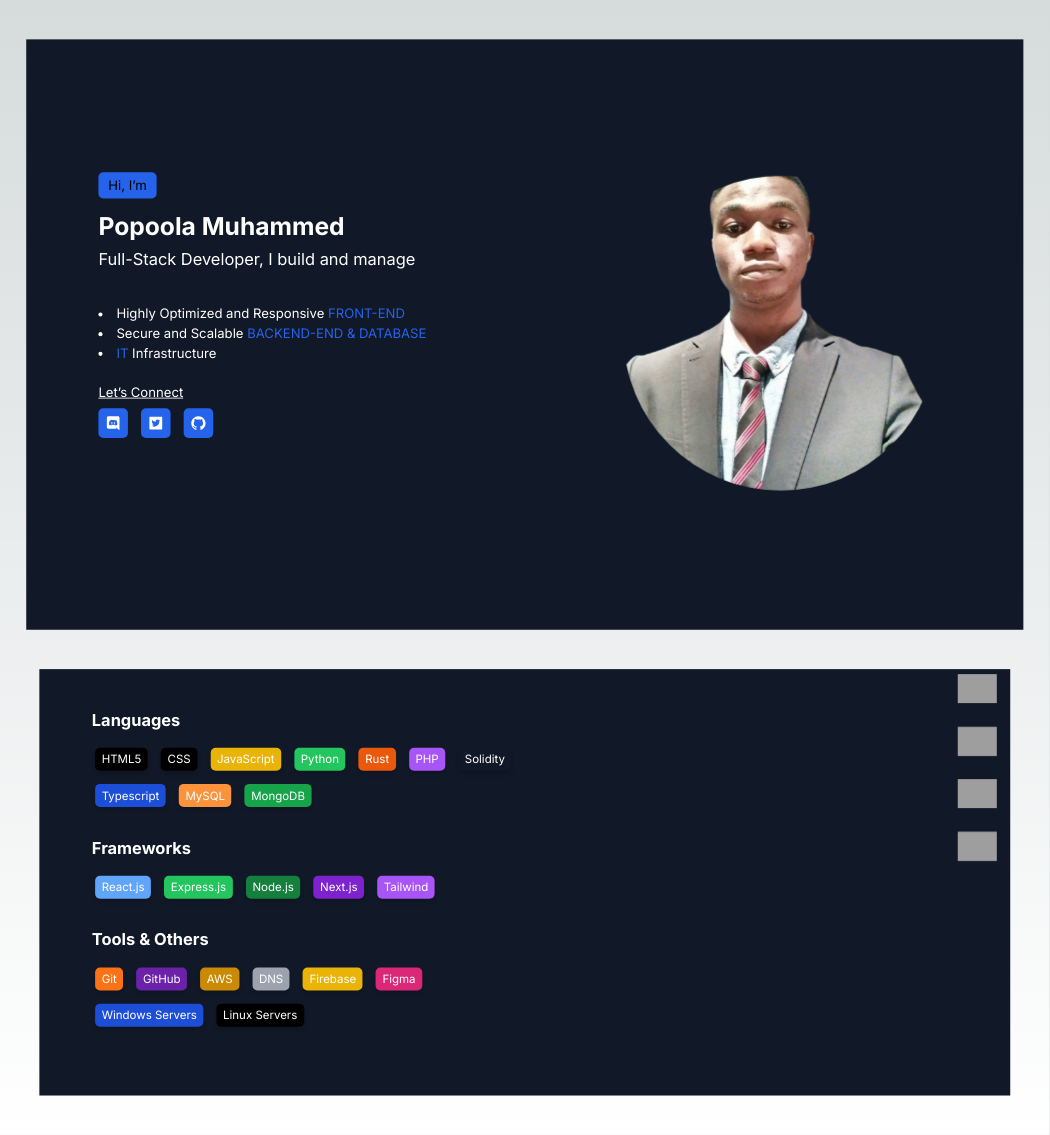
Repository: muhammedctgr/hammedctgr
Page: /
The author's editor kept a copy of each file at every save. The page is drawn from the files as they stood at one save, then again after the next save.
The browser window is 1280 px wide. The pictures show the whole page, at 82% of full size.
Pictures or frames that could not be fetched are drawn as grey boxes. The project was rebuilt for these pictures with package versions that can differ from the ones it lists, and the page was loaded fresh each time. The framework's server and built-in components were replaced by stand-ins that run in the browser. Also part of the build but not shown: next.config.mjs.

Above is the page before, as saved 2024-08-01 15:24:14.

After the next save:
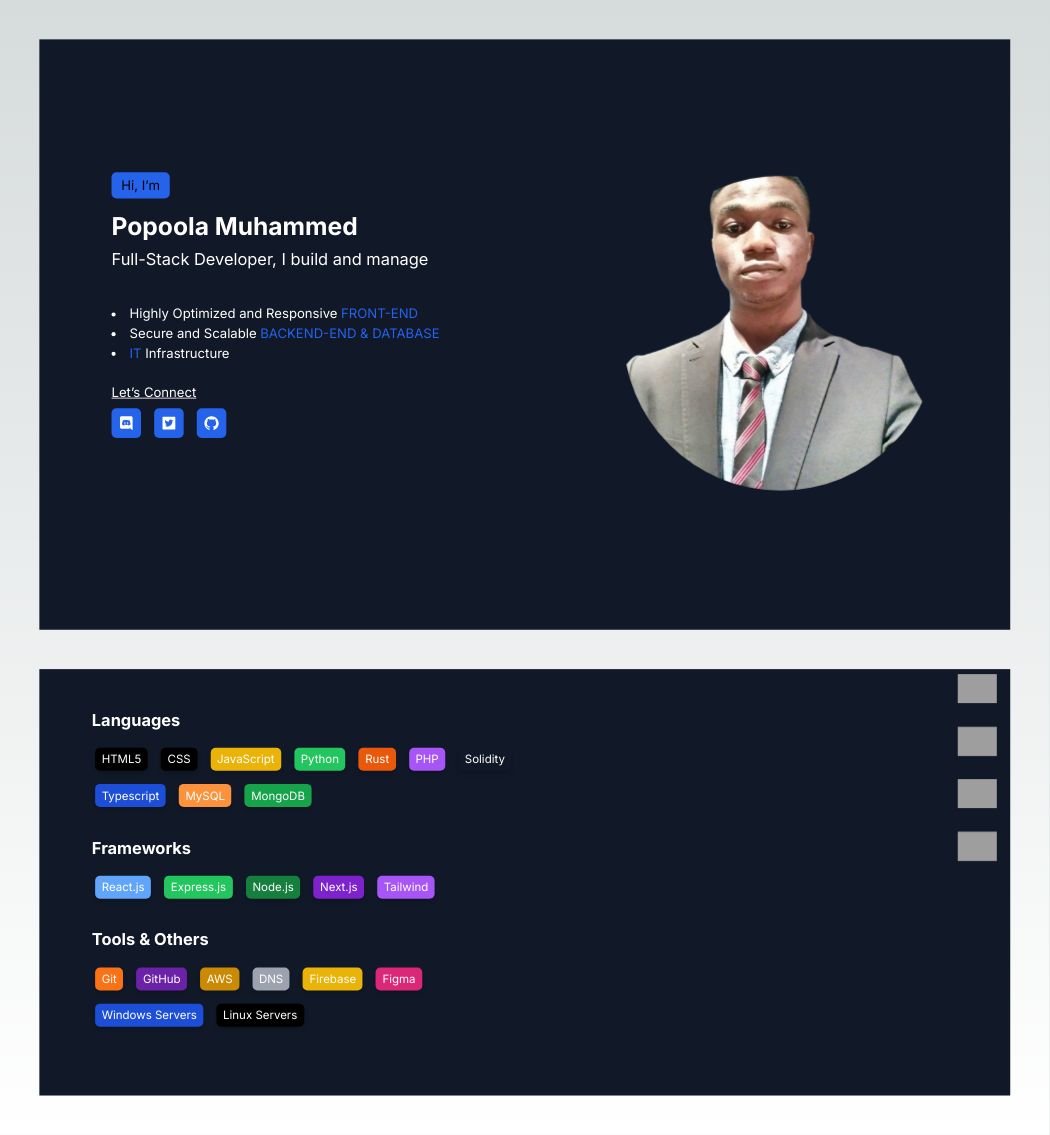
Saved 28 s later.
--- a/components/Hero.tsx
+++ b/components/Hero.tsx
@@ -4,7 +4,7 @@ import { AiFillDiscord, AiFillGithub, AiFillTwitterSquare, AiFillX } from 'react
 
 const Hero = () => {
   return (
-    <section className="bg-gray-900 m-12 mx-8  text-white min-h-screen flex items-center">
+    <section className="bg-gray-900 m-12   text-white min-h-screen flex items-center">
       <div className="container mx-auto flex flex-col md:flex-row items-center">
         <div className="flex-1 text-left md:text-left p-8 pt-2 m-14 mt-2">
           <div className="inline-block bg-blue-600 text-black py-1 px-3 mb-4 rounded-md">

After the save that followed:
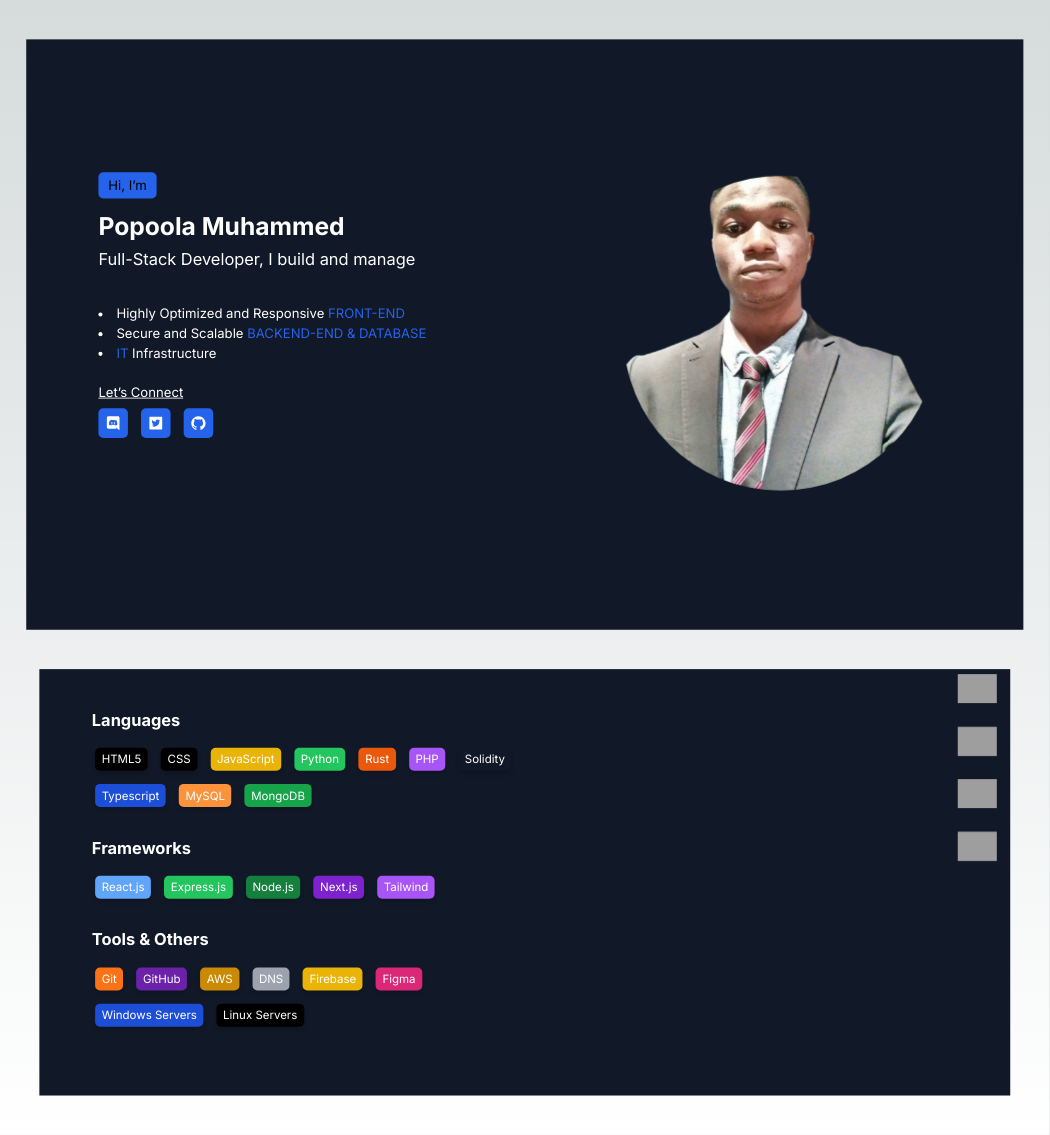
Saved 42 s later.
--- a/components/Hero.tsx
+++ b/components/Hero.tsx
@@ -4,7 +4,7 @@ import { AiFillDiscord, AiFillGithub, AiFillTwitterSquare, AiFillX } from 'react
 
 const Hero = () => {
   return (
-    <section className="bg-gray-900 m-12   text-white min-h-screen flex items-center">
+    <section className="bg-gray-900 m-12 mx-8  text-white min-h-screen flex items-center">
       <div className="container mx-auto flex flex-col md:flex-row items-center">
         <div className="flex-1 text-left md:text-left p-8 pt-2 m-14 mt-2">
           <div className="inline-block bg-blue-600 text-black py-1 px-3 mb-4 rounded-md">
